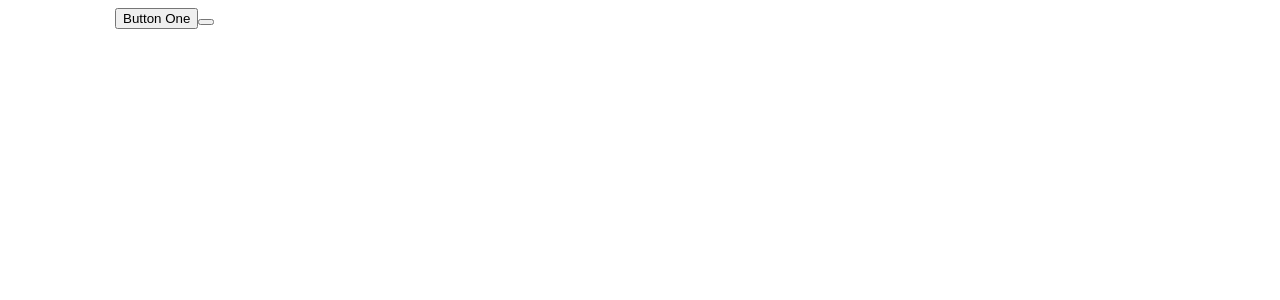
Repository: Vicky185/the-importance-of-this
Page: index.html
The author's editor kept a record of every edit. The page is drawn from the files as they stood at one moment, then again after the next edit.
The browser window is 1280 px wide. The pictures show the whole page.

Above is the page before.

### index.html
<!DOCTYPE html>
<html lang="en">

<head>
    <meta charset="UTF-8">
    <meta name="viewport" content="width=device-width, initial-scale=1.0">
    <meta http-equiv="X-UA-Compatible" content="ie=edge">
    <link rel="stylesheet" href="css/style.css" type="text/css" />
    <script type="text/javascript" src="js/jquery-3.4.1.js"></script>
    <title>Document</title>
</head>

<body>

    <div id="container">

        <div class="card">
            <button>Button One</button>
        </div>

        <div class="card">
            <button>

            </button>

        </div>

    </div>

<script type="text/javascript" src="js/script.js"></script>
</body>

</html>

### css/style.css
#container {
    display: flex; /* makes our container in a flexbox*/
    flex-flow: row-wrap; /* layout the rows and wrap them*/
    box-sizing: border-box;
    margin-right: auto;
    margin-left: auto;
    max-width: 1050px;
}

### js/script.js
$(document).ready(function(){
   $(".box").on("click", function(){
      var classNames = $(this).attr("class").split(" ");
      var boxClass = classNames[0];
      var className = className[1];
      if ($(this).css("background-color") == "rbg(255, 0, 0)") {
          $("." + className).css("background-color", "#aaa");
      } else {
          $("." + boxClass).css("background-color", "#aaa");
          $("." + className).css("background-color", "red");
      }
   });
});

Loaded but not shown: js/jquery-3.4.1.js (library)

After the next edit:
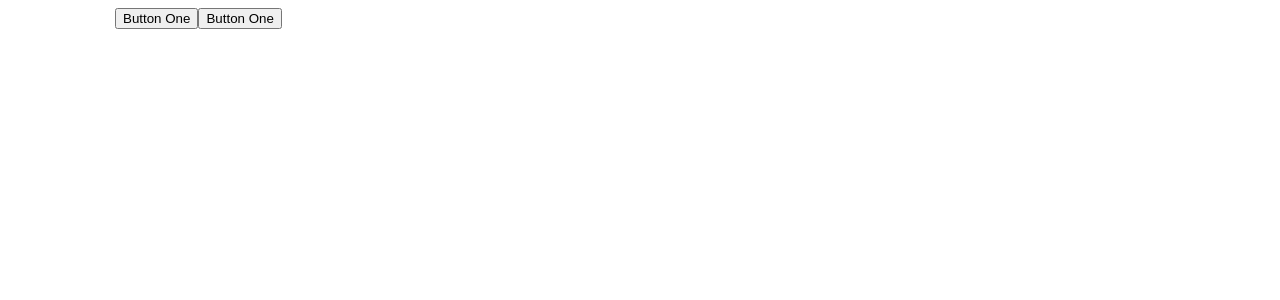
The edit:
--- a/index.html
+++ b/index.html
@@ -19,9 +19,7 @@
         </div>
 
         <div class="card">
-            <button>
-
-            </button>
+            <button>Button One</button>
 
         </div>
 
